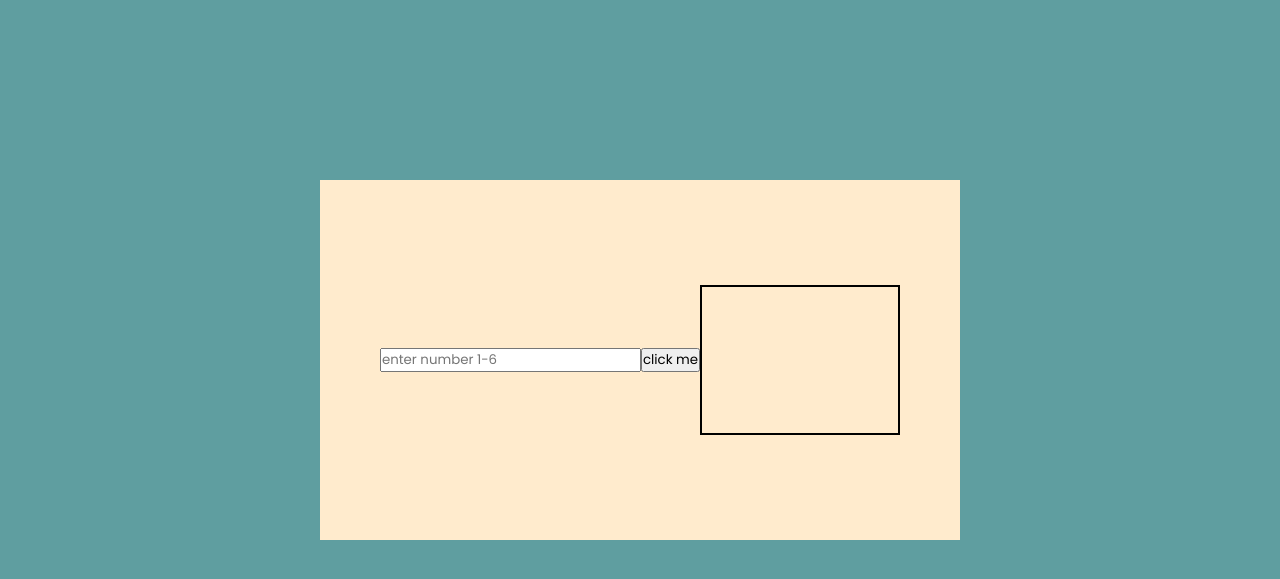
Repository: Seryozha02/Guessing-Game
Page: promise.html
The author's editor kept a copy of each file at every save. The page is drawn from the files as they stood at one save, then again after the next save.
The browser window is 1280 px wide. The pictures show the whole page.

Above is the page before, as saved 2022-02-23 13:54:41.

### promise.html
<!DOCTYPE html>
<html lang="en">
<head>
    <meta charset="UTF-8">
    <meta http-equiv="X-UA-Compatible" content="IE=edge">
    <meta name="viewport" content="width=device-width, initial-scale=1.0">
    <link rel="stylesheet" href="./promise.css">
    <title>Promise</title>
</head>
<body>
    <div class="body">
        <div class="conteiner">
            <div class="main">
                <input type="number" id="value" placeholder="enter number 1-6">
                <button class="btn" id="button">click me</button>
                <div class="table" id="show-text">
                    <p class="p1"></p>
                    <p class="p2"></p>
                </div>
                <p class="sum"></p>
            </div>
        </div>
    </div>

<script src="./promise.js"></script>
</body>
</html>

### promise.css
@import url('https://fonts.googleapis.com/css2?family=Poppins:wght@200;300;400;500;600;700&display=swap');
* {
    margin: 0;
    padding: 0;
    box-sizing: border-box;
    font-family: 'Poppins', sans-serif;
}

.body {
    background-color: cadetblue ;
    position: absolute;
    width: 100%;
    height: 100%;
    display: flex;
    align-items: center;
    justify-content: center;
}

.conteiner {
    background-color: blanchedalmond;
    position: relative;
    width: 50%;
    height: 50%;
    display: flex;
    align-items: center;
    justify-content: center;
}

.main {
    display: contents;
    flex-direction: row;
}


/* .btn {

} */

.table {
    border: 2px solid black;
    width: 200px;
    height: 150px;
}

### promise.js
const value = document.getElementById("value");
const button = document.getElementById("button");
const p1Text = document.querySelector(".p1");
let p2Text = document.querySelector(".p2");
const sum = document.querySelector(".sum");
let showText = document.getElementById("show-text");
let totalCount = 0;

function randomNum(max) {
    return Math.floor(Math.random() * max) + 1;
}
function guess(random, inputValue) {
    return new Promise(function(resolve, reject) {
        let count = 0;
        if (inputValue === random) {
            count = 2;
            resolve(count);
        } else if (Math.abs(inputValue - random) === 1) {
            count = 1;
            resolve(count);
        } else {
            count = 0;
            reject(count);
        }
    })
};
button.addEventListener("click", function() {
    let random = randomNum(6);
    if (Number(value.value) > 6 || Number(value.value) < 1) {
        showText.innerText = "";
        alert("enter chisht number, 1-6")
    } else {
        inputValue = Number(value.value);
        p1Text.innerText = "random number: " + random;
    }
    guess(random, inputValue).then(function(result) {
        totalCount += result;
        p2Text.innerText = `count number: ${result}`;
        sum.innerText = `total: ${totalCount}`;
    }).catch(function(param) {
        if (param !== 0) {
            totalCount += param;
        } else {
            totalCount = 0;
        }
        p2Text.innerText = `count number: ${param}`;
        sum.innerText = `total: ${totalCount}`;
    })

})

After the next save:
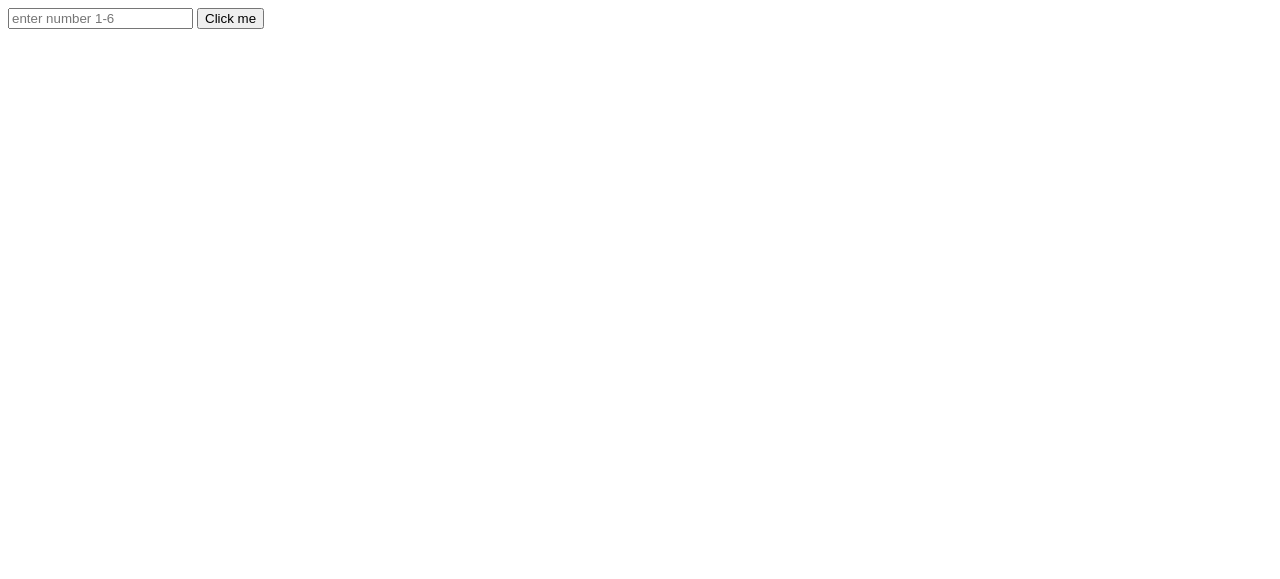
Not found: scrypt.js
Not found: style.css
Saved 17 min 17 s later.
--- a/promise.html
+++ b/promise.html
@@ -4,15 +4,16 @@
     <meta charset="UTF-8">
     <meta http-equiv="X-UA-Compatible" content="IE=edge">
     <meta name="viewport" content="width=device-width, initial-scale=1.0">
-    <link rel="stylesheet" href="./promise.css">
-    <title>Promise</title>
+    <link rel="stylesheet" href="./style.css">
+    <title>Guessing Game</title>
 </head>
 <body>
     <div class="body">
         <div class="conteiner">
+
             <div class="main">
                 <input type="number" id="value" placeholder="enter number 1-6">
-                <button class="btn" id="button">click me</button>
+                <button class="btn" id="button">Click me</button>
                 <div class="table" id="show-text">
                     <p class="p1"></p>
                     <p class="p2"></p>
@@ -21,7 +22,6 @@
             </div>
         </div>
     </div>
-
-<script src="./promise.js"></script>
+  <script src="./scrypt.js"></script>
 </body>
 </html>

After the 4 saves that followed:
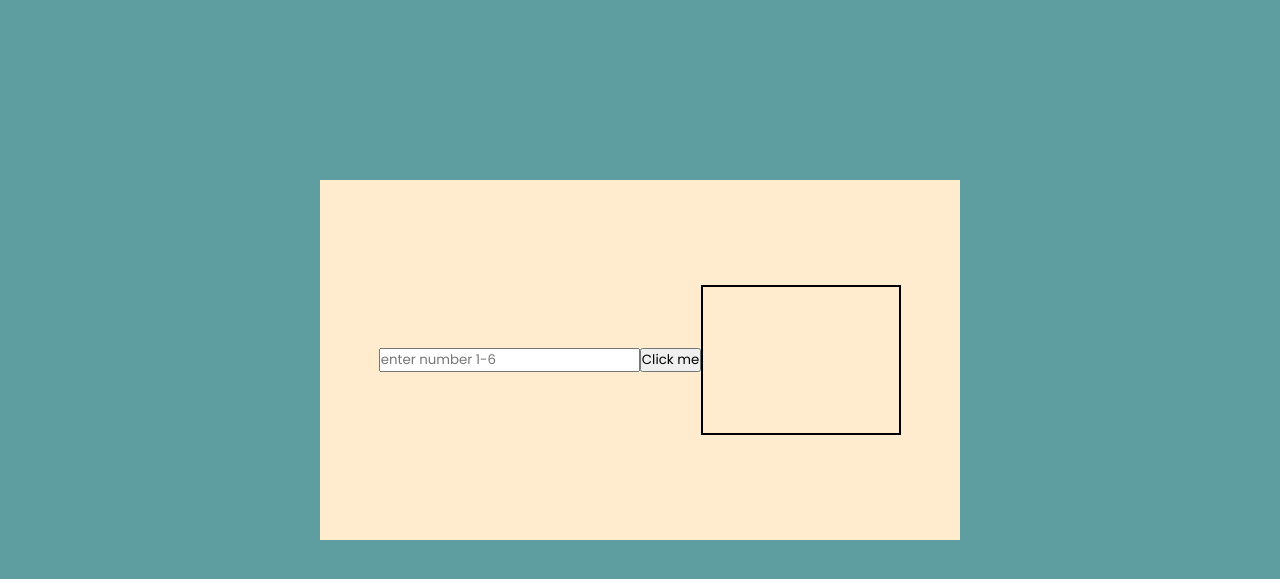
The 4 saves are shown as one change because they came seconds apart.
The last was saved 9 s later.
--- a/promise.html
+++ b/promise.html
@@ -4,7 +4,7 @@
     <meta charset="UTF-8">
     <meta http-equiv="X-UA-Compatible" content="IE=edge">
     <meta name="viewport" content="width=device-width, initial-scale=1.0">
-    <link rel="stylesheet" href="./style.css">
+    <link rel="stylesheet" href="./promise.css">
     <title>Guessing Game</title>
 </head>
 <body>
@@ -22,6 +22,6 @@
             </div>
         </div>
     </div>
-  <script src="./scrypt.js"></script>
+  <script src="./promise.js"></script>
 </body>
 </html>
